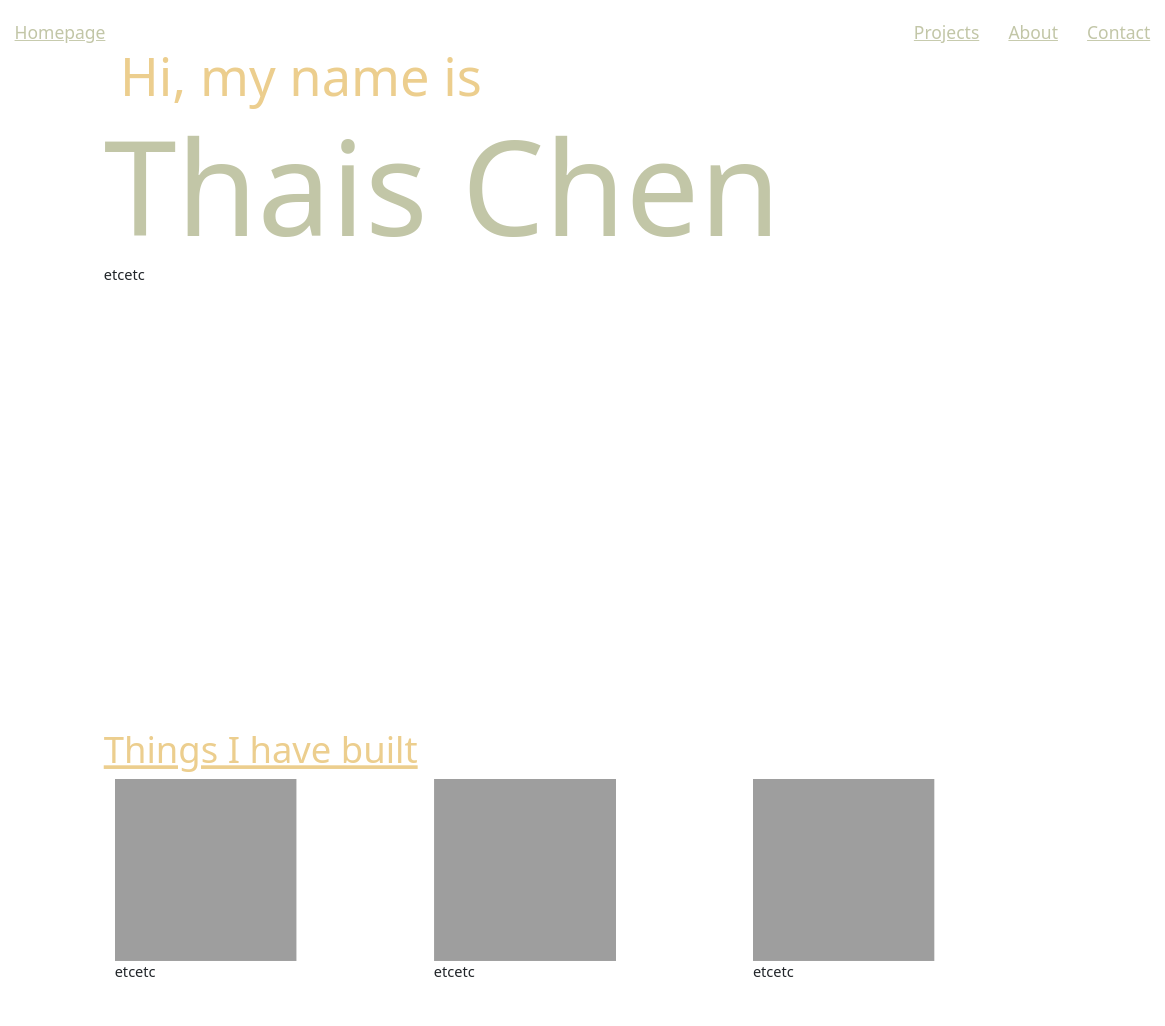
Repository: thais-chen/Portfolio
Page: index.html
These files come from the project's save history. The page is drawn as it stood at one moment and after the next save; the edit follows.
The browser window is 1280 px wide. The pictures show the whole page, at 91% of full size.
Pictures or frames that could not be fetched are drawn as grey boxes.

Above is the page before, as saved 2022-06-17 19:20:45.

After the next save:
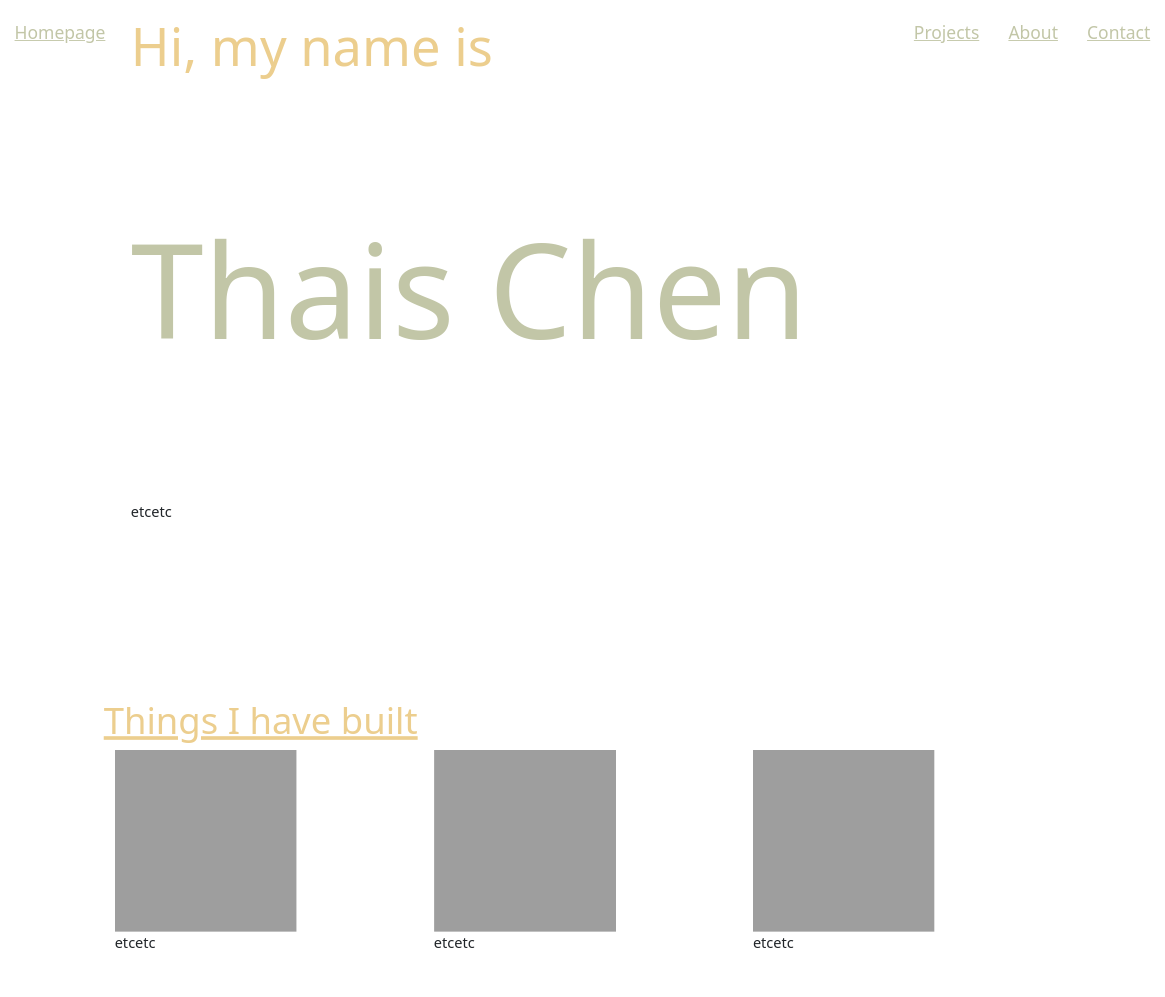
Saved 7 s later.
--- a/index.html
+++ b/index.html
@@ -23,7 +23,7 @@
     </header>
     <main>
         <div class="container">
-        <section id="intro">
+        <section id="intro" class="row">
             <h3>Hi, my name is </h3>
             <h1>Thais Chen</h1>
             <p>etcetc</p>
